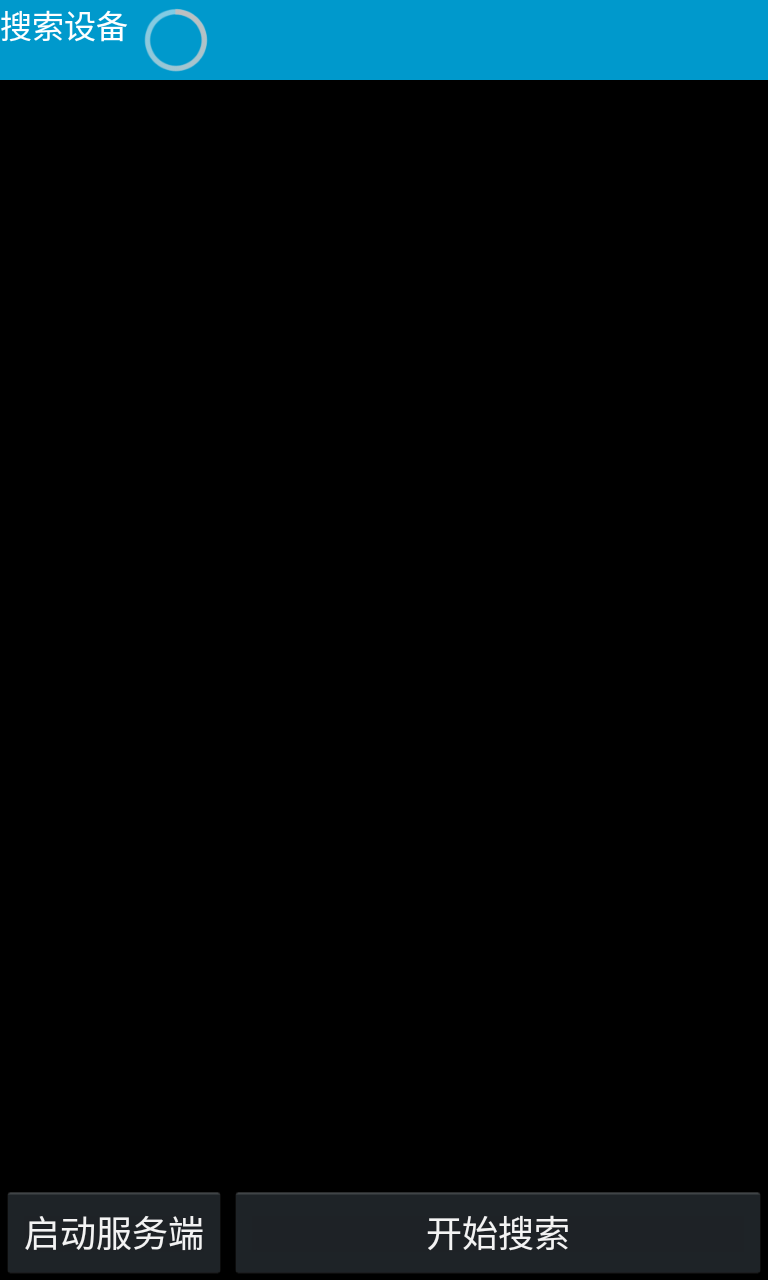
Repository: yihu0817/AndroidDemo
Layout: 蓝牙/AndroidBluetooth/res/layout/devices_layout.xml
The author's editor kept a copy of each file at every save. The layout is drawn from the files as they stood at one save, then again after the next save.
It is drawn on a 768 x 1280 px phone screen (xhdpi) without system bars, with theme android:Theme.Holo; the app's code is not run. Lists and similar views that code fills are empty.

Above is the layout before, as saved 2015-03-20 02:25:53.

### 蓝牙/AndroidBluetooth/res/layout/devices_layout.xml
<?xml version="1.0" encoding="utf-8"?>
<RelativeLayout xmlns:android="http://schemas.android.com/apk/res/android"
    android:id="@+id/devices"
    android:layout_width="fill_parent"
    android:layout_height="fill_parent"
    android:orientation="vertical" >

    <LinearLayout
        android:id="@+id/title_layout"
        android:layout_width="fill_parent"
        android:layout_height="40dp"
        android:background="@android:color/holo_blue_dark" >
        <TextView
            android:id="@+id/title_txt"
            android:layout_width="wrap_content"
            android:layout_height="match_parent"
            android:layout_gravity="center"
            android:text="搜索设备"
            android:textColor="@android:color/white"
            android:textSize="16sp" />

        <ProgressBar
            android:id="@+id/progress_bar"
            android:layout_width="wrap_content"
            android:layout_height="wrap_content"/>

    </LinearLayout>

    <RelativeLayout
        android:id="@+id/bt_bottombar"
        android:layout_width="fill_parent"
        android:layout_height="wrap_content"
        android:layout_alignParentBottom="true" >

        <Button
            android:id="@+id/start_service"
            android:layout_width="wrap_content"
            android:layout_height="wrap_content"
            android:text="启动服务端" />

        <Button
            android:id="@+id/start_seach"
            android:layout_width="fill_parent"
            android:layout_height="wrap_content"
            android:layout_toRightOf="@+id/start_service"
            android:text="开始搜索" />
    </RelativeLayout>

    <ListView
        android:id="@+id/list"
        android:layout_width="fill_parent"
        android:layout_height="fill_parent"
        android:layout_above="@id/bt_bottombar"
        android:layout_below="@id/title_layout"
        android:layout_weight="1.0"
        android:divider="#ffc6c6c6"
        android:scrollingCache="false" />

</RelativeLayout>

After the next save:
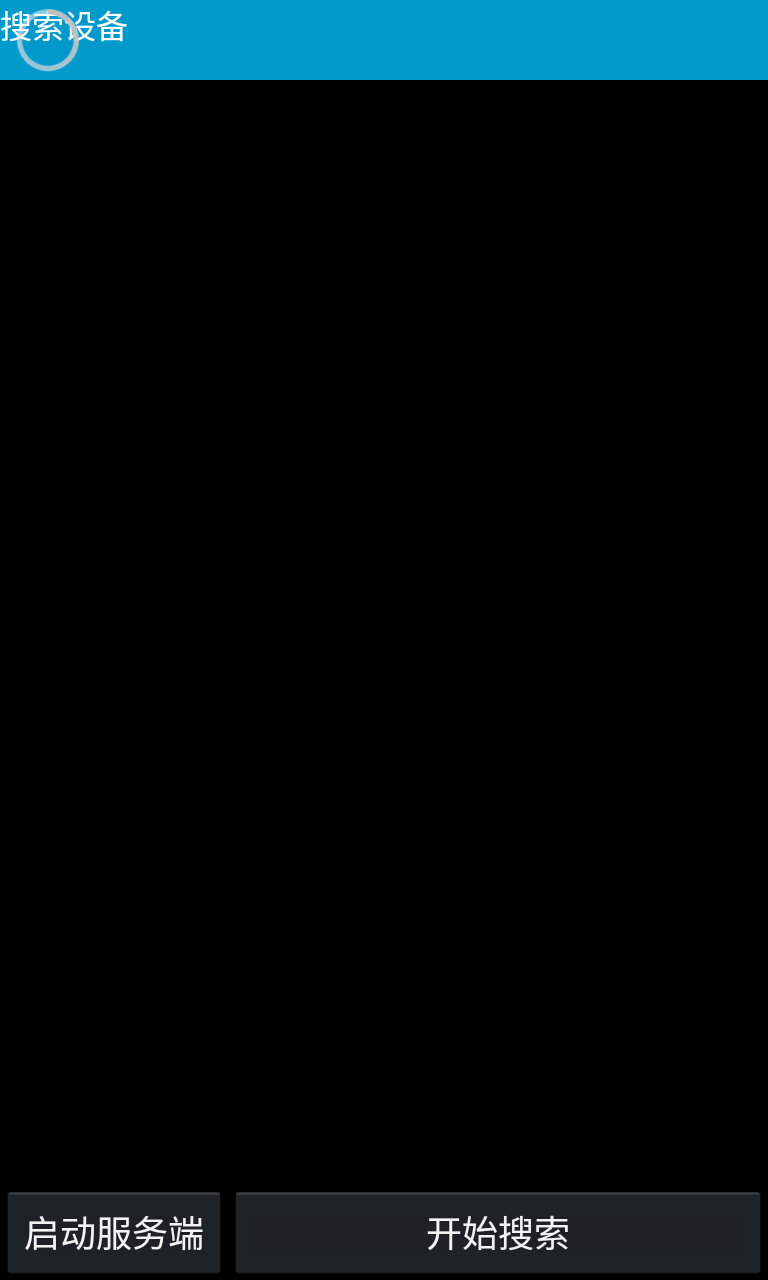
Saved 12 s later.
--- a/蓝牙/AndroidBluetooth/res/layout/devices_layout.xml
+++ b/蓝牙/AndroidBluetooth/res/layout/devices_layout.xml
@@ -5,7 +5,7 @@
     android:layout_height="fill_parent"
     android:orientation="vertical" >
 
-    <LinearLayout
+    <RelativeLayout
         android:id="@+id/title_layout"
         android:layout_width="fill_parent"
         android:layout_height="40dp"
@@ -24,7 +24,7 @@
             android:layout_width="wrap_content"
             android:layout_height="wrap_content"/>
 
-    </LinearLayout>
+    </RelativeLayout>
 
     <RelativeLayout
         android:id="@+id/bt_bottombar"
